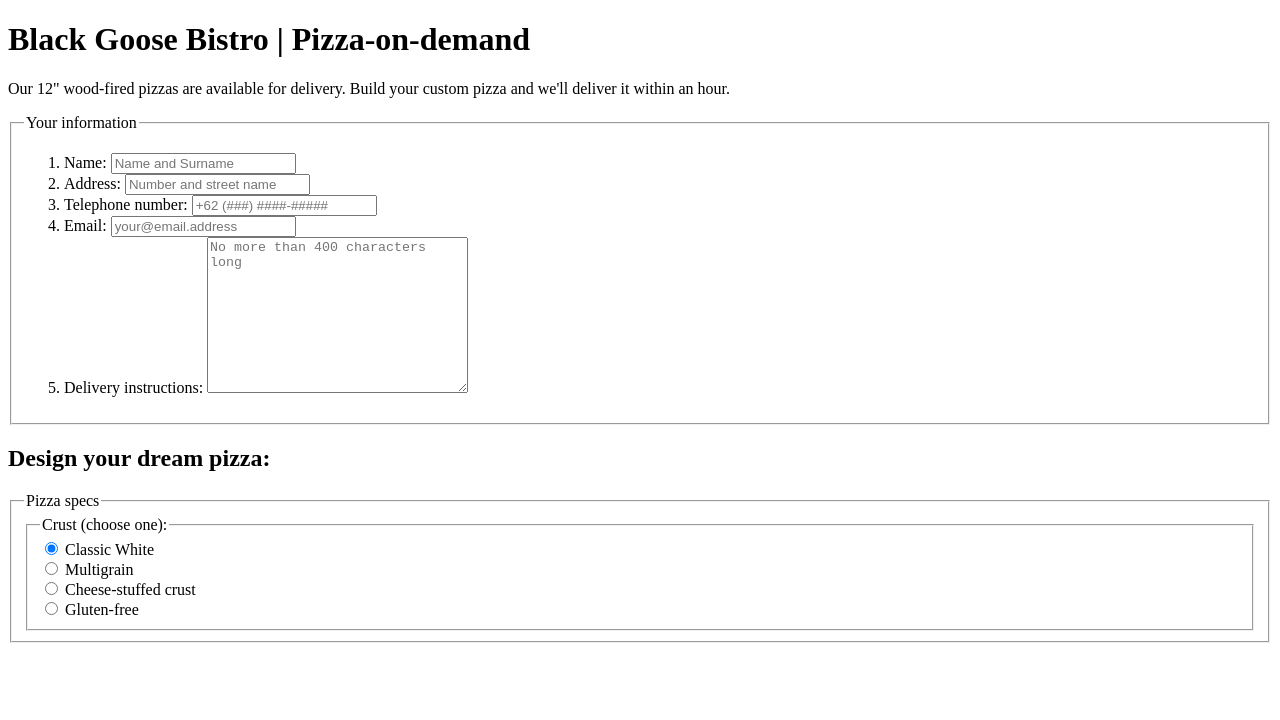
Repository: Colo-Codes/code-practice
Page: 01-html-practice-11.html
An editor plug-in stored every save of this project. The page is shown before and after the next save, followed by the edit.
The browser window is 1280 px wide. The pictures show the whole page.

Above is the page before, as saved 2021-04-29 14:09:23.

### 01-html-practice-11.html
<!DOCTYPE html>
<html lang="en">
<head>
    <meta charset="UTF-8">
    <meta http-equiv="X-UA-Compatible" content="IE=edge">
    <meta name="viewport" content="width=device-width, initial-scale=1.0">
    <title>Black Goose Bistro | Pizza-on-demand</title>
</head>
<body>
    <h1>Black Goose Bistro | Pizza-on-demand</h1>
    <p>Our 12" wood-fired pizzas are available for delivery. Build your custom pizza and we'll deliver it within an hour.</p>
    <form action="http://blackgoosebistro.com/pizza.php" method="POST">
        <fieldset>
        <legend>Your information</legend>
        <ol>
            <li>
                <label for="userName">Name: </label>
                <input type="text" name="customername" id="userName" placeholder="Name and Surname">
            </li>
            <li>
                <label for="userAddress">Address: </label>
                <input type="text" name="address" id="userAddress" placeholder="Number and street name">
            </li>
            <li>
                <label for="userTel">Telephone number: </label>
                <input type="text" name="telephone" id="userTel" placeholder="+62 (###) ####-#####">
            </li>
            <li>
                <label for="userEmail">Email: </label>
                <input type="text" name="email" id="userEmail" placeholder="your@email.address">
            </li>
            <li>
                <label for="userDeliveryInstr">Delivery instructions: </label>
                <textarea name="instructions" id="userDeliveryInstr" cols="30" rows="10" maxlength="400" placeholder="No more than 400 characters long"></textarea>
            </li>
        </ol>
        </fieldset>
        <h2>Design your dream pizza:</h2>
        <fieldset>
            <legend>Pizza specs</legend>
            <fieldset>
                <legend>Crust (choose one):</legend>
                <label for="classWhite">
                    <input type="radio" id="classWhite" name="crust" value="classicWhite" checked> Classic White
                </label><br>
                <label for="multi">
                    <input type="radio" id="multi" name="crust" value="multigrain"> Multigrain
                </label><br>
                <label for="cheeseCrust">
                    <input type="radio" id="cheeseCrust" name="crust" value="cheeseStuffedCrust"> Cheese-stuffed crust
                </label><br>
                <label for="glutenFree">
                    <input type="radio" id="glutenFree" name="crust" value="glutenFree"> Gluten-free
                </label><br>
            </fieldset>
        </fieldset>

    </form>
</body>
</html>

After the next save:
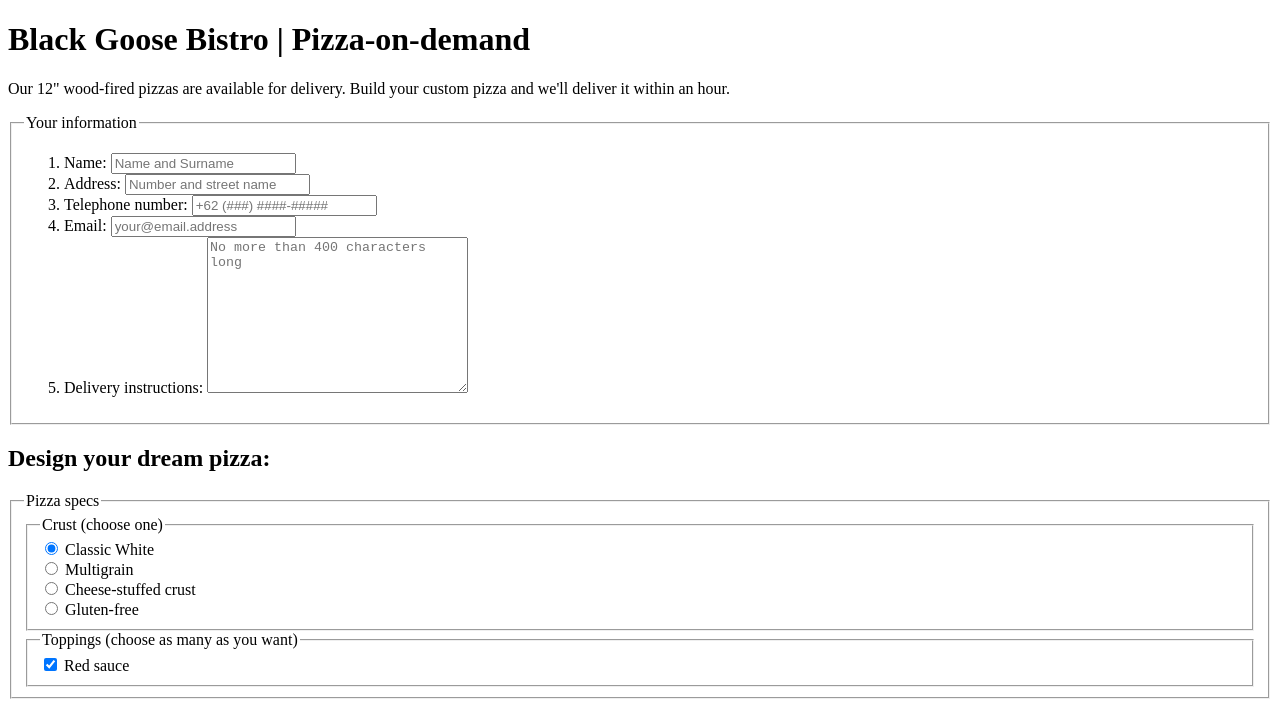
Saved 2 min 1 s later.
--- a/01-html-practice-11.html
+++ b/01-html-practice-11.html
@@ -39,7 +39,7 @@
         <fieldset>
             <legend>Pizza specs</legend>
             <fieldset>
-                <legend>Crust (choose one):</legend>
+                <legend>Crust (choose one)</legend>
                 <label for="classWhite">
                     <input type="radio" id="classWhite" name="crust" value="classicWhite" checked> Classic White
                 </label><br>
@@ -53,6 +53,12 @@
                     <input type="radio" id="glutenFree" name="crust" value="glutenFree"> Gluten-free
                 </label><br>
             </fieldset>
+            <fieldset>
+                <legend>Toppings (choose as many as you want)</legend>
+                <label for="redSauc">
+                    <input type="checkbox" id="redSauc" name="toppings[]" value="redSauce" checked> Red sauce
+                </label>
+            </fieldset>
         </fieldset>
 
     </form>
